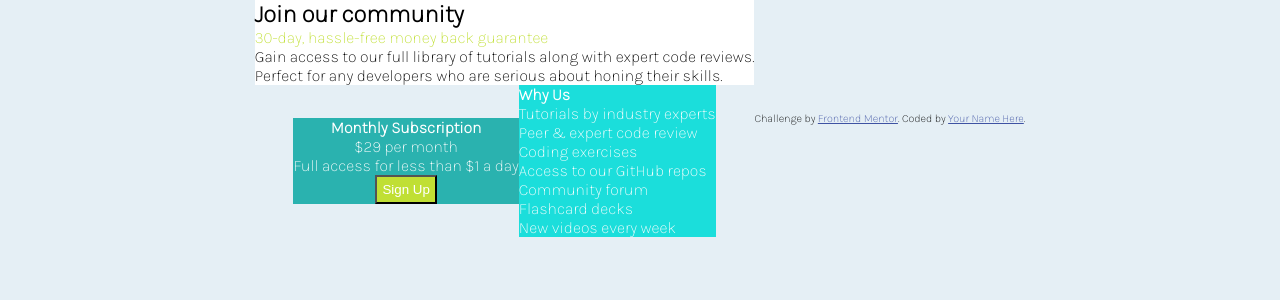
Repository: jminervino/PriceGridComponent
Page: index.html
The author's editor kept a copy of each file at every save. The page is drawn from the files as they stood at one save, then again after the next save.
The browser window is 1280 px wide. The pictures show the whole page.

Above is the page before, as saved 2022-02-05 23:09:54.

### index.html
<!DOCTYPE html>
<html lang="en">
<head>
  <meta charset="UTF-8">
  <meta name="viewport" content="width=device-width, initial-scale=1.0"> <!-- displays site properly based on user's device -->

  <link rel="icon" type="image/png" sizes="32x32" href="./images/favicon-32x32.png">
  <link rel="stylesheet" href="style.css">

  <title>Frontend Mentor | Single Price Grid Component</title>

  <!-- Feel free to remove these styles or customise in your own stylesheet 👍 -->
  <style>
    .attribution { font-size: 11px; text-align: center; }
    .attribution a { color: hsl(228, 45%, 44%); }
  </style>
</head>
<body>
    <div class="container">
        <div class="box-one">
            <h2>Join our community</h2>

            <p class="text-yellow">30-day, hassle-free money back guarantee</p>

            <p>
                Gain access to our full library of tutorials along with expert code reviews. <br>
                Perfect for any developers who are serious about honing their skills.
            </p>
        </div>
        <div class="sub-container">
            <div class="box-second">
                <h4>Monthly Subscription</h4>

                <p>&dollar;29 per month</p>

                <p>Full access for less than &dollar;1 a day</p>

                <button>Sign Up</button>
            </div>
            <div class="box-three">
                <h4>Why Us</h4>
                <p>
                    Tutorials by industry experts <br>
                    Peer &amp; expert code review <br>
                    Coding exercises <br>
                    Access to our GitHub repos <br>
                    Community forum <br>
                    Flashcard decks <br>
                    New videos every week <br>
                </p>

            </div>
        </div>
    </div>
  <footer>
    <p class="attribution">
      Challenge by <a href="https://www.frontendmentor.io?ref=challenge" target="_blank">Frontend Mentor</a>.
      Coded by <a href="#">Your Name Here</a>.
    </p>
  </footer>
</body>
</html>

### style.css
@import url('https://fonts.googleapis.com/css2?family=Karla:ital,wght@0,200;1,200&family=Open+Sans+Condensed:wght@300&family=Quicksand:wght@300;400;500;600;700&display=swap');

* {
    margin: 0;
    padding: 0;
}

body {
    background-color: hsl(204, 43%, 93%);
    display: flex;
    align-items: center;
    justify-content: center;
    font-family: "Karla", sans-serif;
    font-size: 16px;
}

button {
    background-color: hsl(71, 73%, 54%);
    color: white;
    padding: 5px;
}

.container {
    display: flex;
    align-items: center;
    justify-content: center;
    flex-direction: column;
}

.sub-container {
    display: flex;
    align-items: center;
    justify-content: center;
    color: white;
}

.box-one {
    background-color: white;
}

.text-yellow {
    color: hsl(71, 73%, 54%);
}

.box-second {
    display: flex;
    align-items: center;
    justify-content: center;
    flex-direction: column;
    background-color: hsl(179, 62%, 43%);
}

.box-three {
    background-color: hsl(179, 78%, 49%);
}

After the next save:
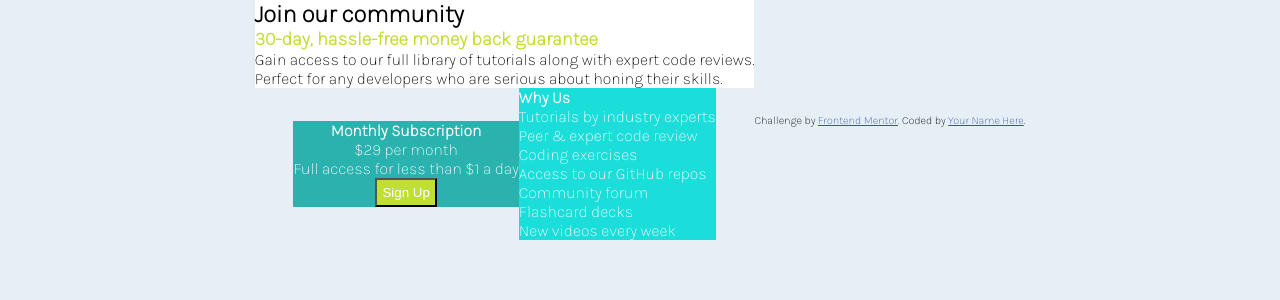
Saved 24 s later.
--- a/index.html
+++ b/index.html
@@ -20,7 +20,7 @@
         <div class="box-one">
             <h2>Join our community</h2>
 
-            <p class="text-yellow">30-day, hassle-free money back guarantee</p>
+            <h3 class="text-yellow">30-day, hassle-free money back guarantee</h3>
 
             <p>
                 Gain access to our full library of tutorials along with expert code reviews. <br>

After the save that followed:
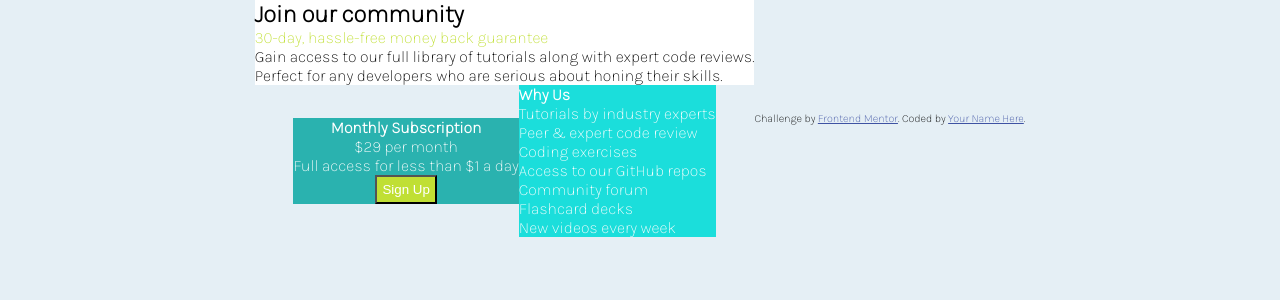
Saved 7 s later.
--- a/index.html
+++ b/index.html
@@ -20,7 +20,7 @@
         <div class="box-one">
             <h2>Join our community</h2>
 
-            <h3 class="text-yellow">30-day, hassle-free money back guarantee</h3>
+            <p class="text-yellow">30-day, hassle-free money back guarantee</p>
 
             <p>
                 Gain access to our full library of tutorials along with expert code reviews. <br>
